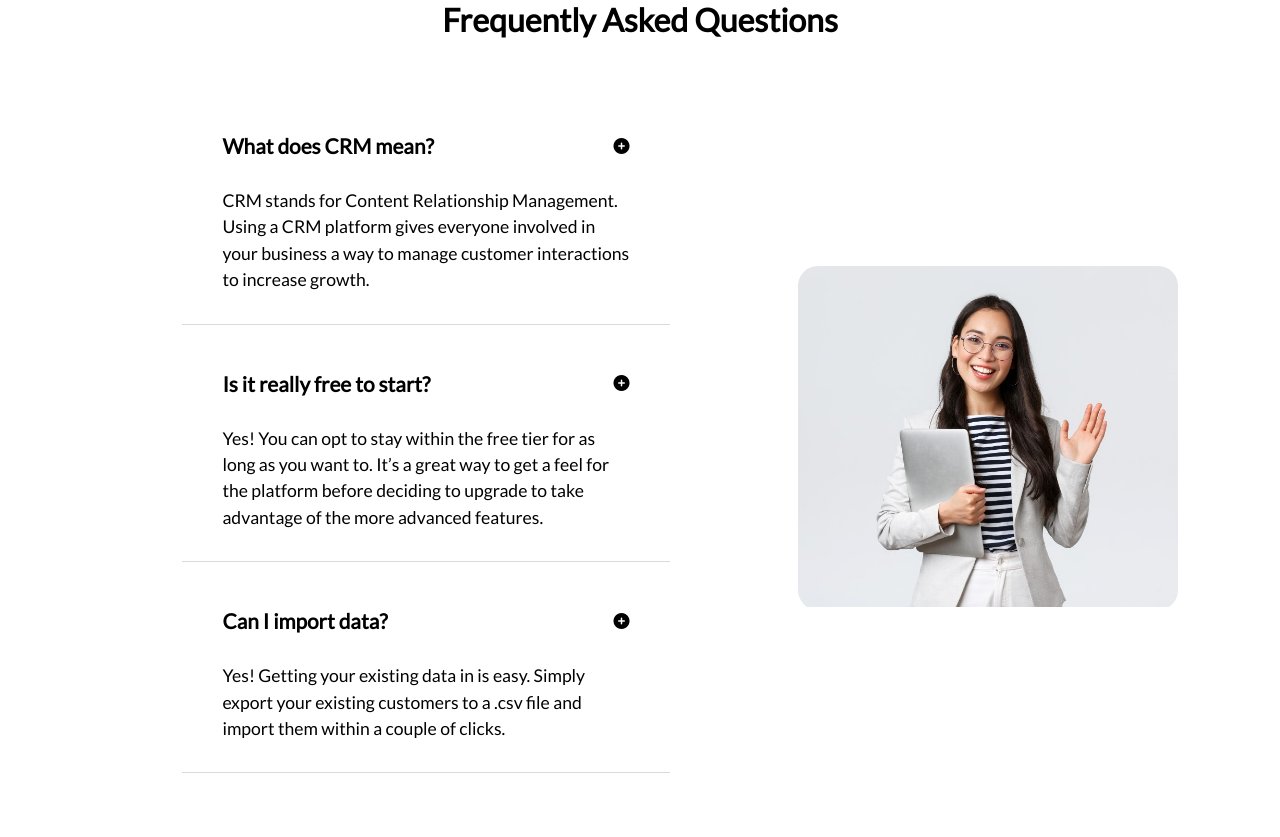
Repository: emiliaiwu/faq_component
Page: index.html
The author's editor kept a copy of each file at every save. The page is drawn from the files as they stood at one save, then again after the next save.
The browser window is 1280 px wide. The pictures show the whole page.
Some web libraries are served in a nearby version.

Above is the page before, as saved 2022-12-13 16:28:49.

### index.html
<!DOCTYPE html>
<html lang="en">
<head>
    <meta charset="UTF-8">
    <meta http-equiv="X-UA-Compatible" content="IE=edge">
    <meta name="viewport" content="width=device-width, initial-scale=1.0">
    <link rel="stylesheet" href="style.css">
    <script src="https://kit.fontawesome.com/fd9c36575f.js" crossorigin="anonymous"></script>
    <title>FAQ Component</title>
</head>
<body>
        <h2>Frequently Asked Questions</h2>
        <article class="faq_component">
            <div class="faq_container">
                <div class="faq_content active">
                    <div class="faq_header">
                        <h3>What does CRM mean?</h3>
                        <i class="fa-solid fa-circle-plus"></i>
                    </div>
                    <div class="content_wrap">
                        <p class="content hidden">
                            CRM stands for Content Relationship Management. Using a CRM platform gives everyone involved in your business a way to manage customer interactions to increase growth.
                        </p>
                    </div>
                </div>

                <div class="faq_content">
                    <div class="faq_header">
                        <h3>Is it really free to start?</h3>
                        <i class="fa-solid fa-circle-plus"></i>
                    </div>
                    <div class="content_wrap">
                        <p class="content hidden">
                            Yes! You can opt to stay within the free tier for as long as you want to. It’s a great way to get a feel for the platform before deciding to upgrade to take advantage of the more advanced features.
                        </p>
                    </div>
                </div>

                <div class="faq_content">
                    <div class="faq_header">
                        <h3>Can I import data?</h3>
                        <i class="fa-solid fa-circle-plus"></i>
                    </div>
                    <div class="content_wrap">
                         <p class="content hidden">
                            Yes! Getting your existing data in is easy. Simply export your existing customers to a .csv file and import them within a couple of clicks.
                        </p>
                    </div>
                </div>
            </div>
            <div class="faq_image">
                <img src="img/meeting.jpg" alt="">
            </div>
        </article>
 <script src="script.js"></script>
</body>
</html>

### style.css
@import url('https://fonts.googleapis.com/css2?family=Lato:wght@300;400&display=swap');

* {
    margin: 0;
    padding: 0;
    box-sizing: border-box;
}

body {
    font-family: 'Lato', sans-serif;
    max-width: 100vw;
    min-height: 100vh;
    flex-direction: column;

}

body,
.faq_component,
.faq_container {
    display: flex;
    align-items: center;
    justify-content: center;

}


/* TYPOGRAPHY */
h2 {
    text-align: center;
    font-size: 2rem;
    font-family: inherit;

}

h3 {
    font-size: 1.3rem;
    font-family: inherit;
}

p {
    font-size: 1.1rem;
    font-family: inherit;
    height: 100%;
    line-height: 1.5;
}

.fa-solid {
    font
}



/* MAIN BODY */
.faq_component {
    margin: 4rem 8vw;
    gap: 3rem;
}

.faq_image {
    min-width: 380px;
    max-width: 800px;
    border-radius: 20px;
    overflow: hidden;
}

img {
    width: 100%;
    height: auto;
}

.faq_container {
    padding: 0 5rem;
    flex-direction: column;
    gap: 1rem;
}

.faq_header {
    display: flex;
    align-items: center;
    justify-content: space-between;
    padding: 30px 0px 30px 0;
}

.faq_content {
    padding: 0 40px;
    border-bottom: 1px solid rgba(0, 0, 0, 0.146);
}






.content_wrap {
    max-height: 150px;
    padding: 0 0 30px;
}





@media only screen and (max-width: 1000px) {
    .faq_component {
        flex-direction: column;
        margin: 4rem 8vw;
    }

    h2 {
        margin-top: 3rem;
    }

    .faq_container {
        padding: 0;
    }

    .content_wrap {
    max-height: 300px;
    padding: 0 0 30px;
    }
}

### script.js
'use strict';
const faqHeader = document.querySelectorAll('.faq_header');
const faqContent = document.querySelectorAll('.faq_content');
const content = document.querySelector('.content');



faqContent.forEach((faq) => {
    faq.addEventListener('click', function () {
        // deselect();
        faq.classList.toggle('active');

    });
})


// const deselect = () => {
//     faqHeader.forEach((faq) => {
//         faqContent.classList.remove('active');
// 		content.classList.add('hidden');
// 		faq.classList.remove('open');
//     })
// }

After the next save:
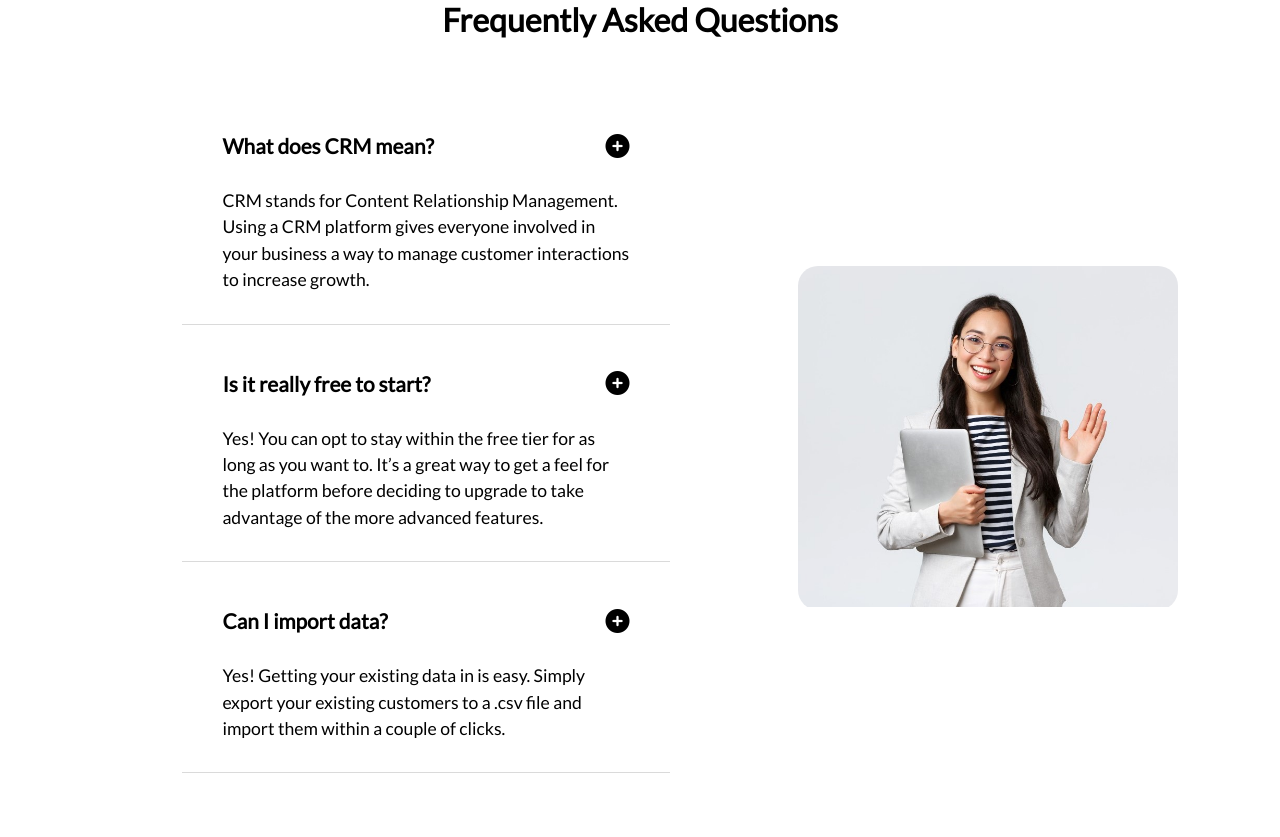
Saved 5 s later.
--- a/style.css
+++ b/style.css
@@ -45,7 +45,7 @@ p {
 }
 
 .fa-solid {
-    font
+    font-size: 1.5rem;
 }
 
 
